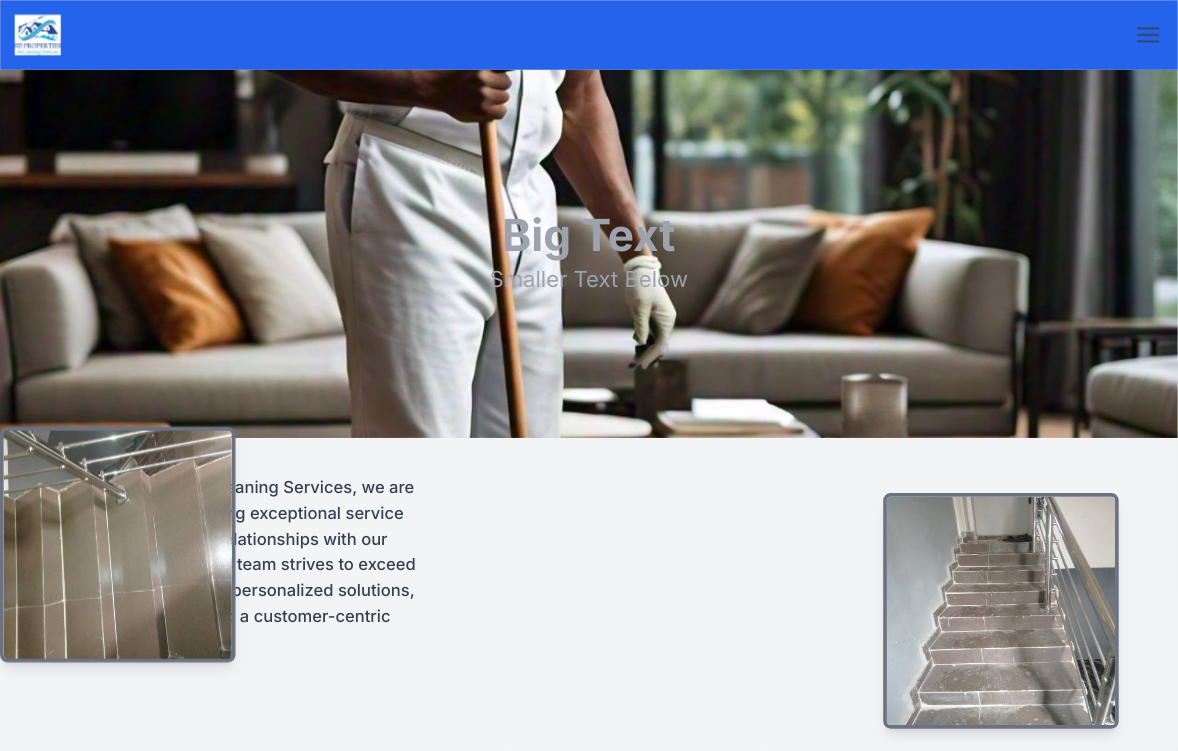
Repository: devmskhan/sdpropandclean
Page: /
These files come from the project's save history. The page is drawn as it stood at one moment and after a run of saves; the edit follows.
The browser window is 1280 px wide. The pictures show the whole page, at 92% of full size.
The project was rebuilt for these pictures with package versions that can differ from the ones it lists, and the page was loaded fresh each time. The framework's server and built-in components were replaced by stand-ins that run in the browser. Also part of the build but not shown: next.config.mjs.

Above is the page before, as saved 2024-09-03 12:31:29.

After the next 3 saves:
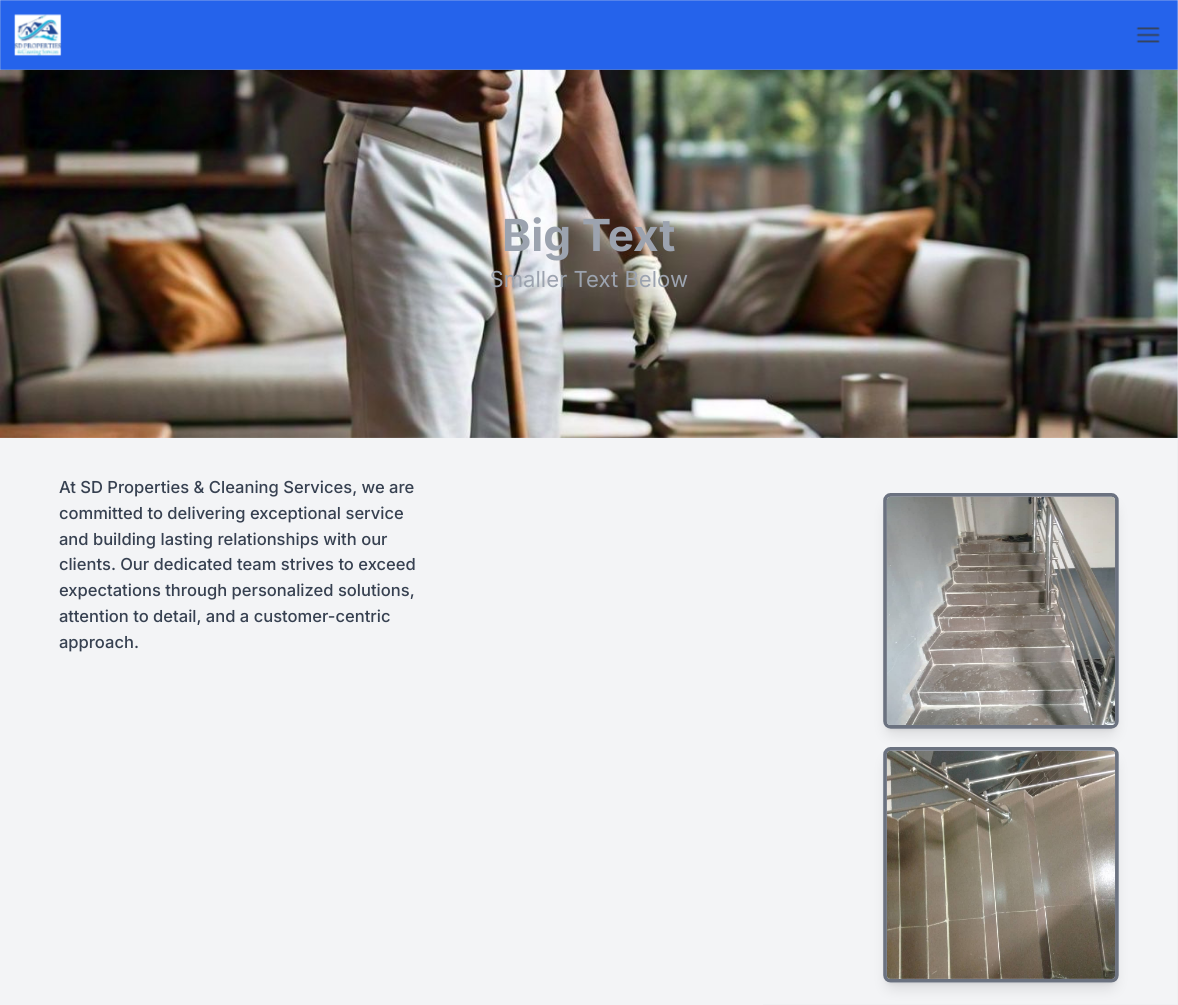
The 3 saves are shown as one change because they came seconds apart.
The last was saved 21 s later.
--- a/components/Body.tsx
+++ b/components/Body.tsx
@@ -30,7 +30,7 @@ function Body() {
   </div>
   <div className="mt-4 mr-10">
   <img src="stairsb.jpg" alt="Top Image" className="mt-5 w-64 h-64 rounded-lg shadow-lg border-gray-500 border-solid border-4" />
-  <img src="stairsaft.jpg" alt="Bottom Image" className="mt-5 absolute bottom-0 left-0 w-64 h-64 rounded-lg shadow-lg border-gray-500 border-solid border-4" />
+  <img src="stairsaft.jpg" alt="Bottom Image" className="mt-5 left-0 w-64 h-64 rounded-lg shadow-lg border-gray-500 border-solid border-4" />
   </div>
 </div>
 
